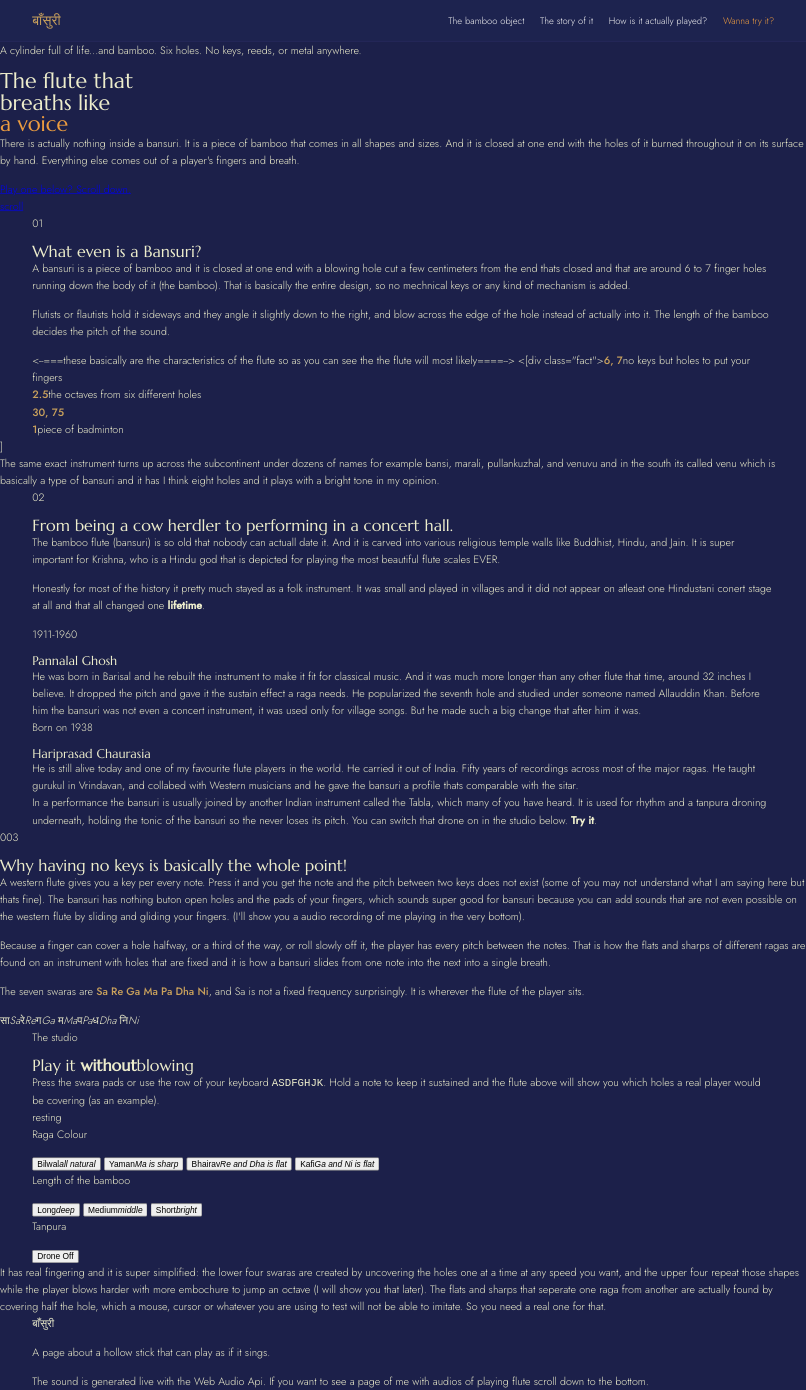
Repository: manayparikh1/Bansi
Page: index.html
The author's editor kept a copy of each file at every save. The page is drawn from the files as they stood at one save, then again after the next save.
The browser window is 1280 px wide. The pictures show the whole page, at 63% of full size.

Above is the page before, as saved 2026-09-19 22:35:45.

### index.html
<!DOCTYPE html>
<html lang="en">

<head>
    <meta charset="utf-8">
    <meta name="viewport" content="width=device-width, initial-scale=2.0">
    <title>Bansuri ——— the flute with NO keys</title>
    <link rel="preconnect" href="https://fonts.googleapis.com">
    <link rel="preconnect" href="https://fonts.gstatic.com" crossorigin>
    <link href="https://fonts.googleapis.com/css2?family=Marcellus&family=Jost:wght@300;400;500&display=swap"
        rel="stylesheet">
    <link rel="stylesheet" href="style.css">
</head>

<body>
    <div class="stars"></div>
    <nav class="bar">
        <span class="mark">बाँसुरी</span>
        <div class="links">
            <a href="#what">The bamboo object</a>
            <a href="#story">The story of it</a>
            <a href="#play">How is it actually played?</a>
            <a href="#studio" class="hot">Wanna try it?</a>
        </div>
    </nav>
    <!-- ===Hero=== -->
    <header class="hero" id="top">
        <div class="hero-inner">
            <p class="eyebrow">A cylinder full of life...and bamboo. Six holes. No keys, reeds, or metal anywhere.</p>
            <h1>The flute that<br>breaths like<br><em>a voice</em></h1>
            <p class="stand">
                There is actually nothing inside a bansuri. It is a piece of bamboo that comes in all shapes and sizes.
                And it is closed at one end with the holes of it burned throughout it on its surface by hand. Everything
                else comes out of a player's fingers and breath.
            </p>
            <a class="cta" href="#studio">Play one below? Scroll down.</a>
        </div>

        <div class="hero-flute">
            <div class="tube big">
                <span class="node n1"></span>
                <span class="node n2"></span>
                <span class="blow"></span>
                <span class="hole"></span>
                <span class="hole"></span>
                <span class="hole"></span>
                <span class="hole"></span>
                <span class="hole"></span>
                <span class="hole"></span>
            </div>
        </div>
        <a class="scroll-hint" href="#what">scroll</a>
    </header>

    <!-- ==1. the object-->
    <section class="band" id="what">
        <div class="wrap two-col">
            <div class="col-head">
                <p class="num">01</p>
                <h2>What even is a Bansuri?</h2>
            </div>
            <div class="col-body">
                <p class="lead">
                    A bansuri is a piece of bamboo and it is closed at one end with a blowing hole cut a few centimeters
                    from the end thats closed and that are around 6 to 7 finger holes running down the body of it (the
                    bamboo). That is basically the entire design, so no mechnical keys or any kind of mechanism is
                    added.
                </p>
                <p>
                    Flutists or flautists hold it sideways and they angle it slightly down to the right, and blow across
                    the edge of the hole instead of actually into it. The length of the bamboo decides the pitch of the
                    sound.
                </p>
                <--===these basically are the characteristics of the flute so as you can see the the flute will most
                    likely====-->
                    <[div class="fact"><b>6, 7</b><span>no keys but holes to put your fingers
                        </span>
            </div>
            <div class="fact"><b>2.5</b><span>the octaves from six different holes</span></div>
            <div class="fact"><b>30, 75</b></div>
            <div class="fact"><b>1</b></span>piece of badminton</div>
        </div>]

        <p class="aside-note">
            The same exact instrument turns up across the subcontinent under dozens of names for example bansi, marali,
            pullankuzhal, and venuvu and in the south its called venu which is basically a type of bansuri and it has I
            think eight holes and it plays with a bright tone in my opinion.
        </p>
        </div>
        </div>
    </section>
    <!-- == 2.story -->
    <section class="band tint" id="story">
        <div class="wrap two-col">
            <div class="col-head">
                <p class="num">02</p>
                <h2>From being a cow herdler to performing in a concert hall.</h2>
            </div>
            <div class="col-body">
                <p class="hello">
                    The bamboo flute (bansuri) is so old that nobody can actuall date it. And it is carved into various
                    religious temple walls like Buddhist, Hindu, and Jain. It is super important for Krishna, who is a
                    Hindu god that is depicted for playing the most beautiful flute scales EVER.
                </p>
                <p>
                    Honestly for most of the history it pretty much stayed as a folk instrument. It was small and played
                    in villages and it did not appear on atleast one Hindustani conert stage at all and that all changed
                    one <strong>lifetime</strong>.
                </p>

                <div class="people">
                    <div class="person">
                        <p class="years">1911-1960</p>
                        <h3>Pannalal Ghosh</h3>
                        <p>
                            He was born in Barisal and he rebuilt the instrument to make it fit for classical music. And
                            it was much more longer than any other flute that time, around 32 inches I believe. It
                            dropped the pitch and gave it the sustain effect a raga needs. He popularized the seventh
                            hole and studied under someone named Allauddin Khan. Before him the bansuri was not even a
                            concert instrument, it was used only for village songs. But he made such a big change that
                            after him it was.
                        </p>
                    </div>
                    <div class="person">
                        <p class="years">Born on 1938</p>
                        <h3>Hariprasad Chaurasia</h3>
                        <p>
                            He is still alive today and one of my favourite flute players in the world. He carried it
                            out of India. Fifty years of recordings across most of the major ragas. He taught gurukul in
                            Vrindavan, and collabed with Western musicians and he gave the bansuri a profile thats
                            comparable with the sitar.
                        </p>
                    </div>
                </div>
                <p class="tabla">
                    In a performance the bansuri is usually joined by another Indian instrument called the Tabla, which
                    many of you have heard. It is used for rhythm and a tanpura droning underneath, holding the tonic of
                    the bansuri so the never loses its pitch. You can switch that drone on in the studio below.
                    <strong>Try it</strong>.
                </p>
            </div>
        </div>
    </section>
    <!--==3. how is it ac played-->
    <section class="band" id="play" <div class="wrap two-col">

        <div class="col-head" <p class="num">003</p>
            <h2>Why having no keys is basically the whole point!</h2>
            <div>
                <div class="col-body">
                    <p class="lead">
                        A western flute gives you a key per every note. Press it and you get the note and the pitch
                        between two keys does not exist (some of you may not understand what I am saying here but thats
                        fine). The bansuri has nothing buton open holes and the pads of your fingers, which sounds super
                        good for bansuri because you can add sounds that are not even possible on the western flute by
                        sliding and gliding your fingers. (I'll show you a audio recording of me playing in the very
                        bottom).
                    </p>
                    <p>
                        Because a finger can cover a hole halfway, or a third of the way, or roll slowly off it, the
                        player has every pitch between the notes. That is how the flats and sharps of different ragas
                        are found on an instrument with holes that are fixed and it is how a bansuri slides from one
                        note into the next into a single breath.
                    </p>
                    <p>
                        The seven swaras are <b>Sa Re Ga Ma Pa Dha Ni</b>, and Sa is not a fixed frequency surprisingly.
                        It is wherever the flute of the player sits.
                    </p>
                    <div class="rowforswaras">
                        <span>सा<i>Sa</i></span><span>रे<i>Re</i></span><span>ग<i>Ga</i></span>
                        <span>म<i>Ma</i></span><span>प<i>Pa</i></span><span>ध<i>Dha</i></span>
                        <span>नि<i>Ni</i></span>
                    </div>
                </div>
            </div>
    </section>
    <!-- ===4.Studio=== -->
    <section class="thestudio" id="thestudio">
        <div class="wrap">
            <header class="studio-head">
                <p class="gold">The studio</p>
                <h2>Play it <strong>without</strong>blowing</h2>
                <p class="studiosub">
                    Press the swara pads or use the row of your keyboard
                    <kbd>A</kbd><kbd>S</kbd><kbd>D</kbd><kbd>F</kbd><kbd>G</kbd><kbd>H</kbd><kbd>J</kbd><kbd>K</kbd>.
                    Hold a note to keep it sustained and the flute above will show you which holes a real player would
                    be covering (as an example).
                </p>
            </header>
            <!-- the main primary instrument with the actually tube creation-->
            <div class="instrument" id="theflute">
                <div class="tube">
                    <span class="node n1"></span>
                    <span class="node n2"></span>
                    <span class="blow"></span>
                    <span class="hole" id="h0"></span>
                    <span class="hole" id="h1"></span>
                    <span class="hole" id="h2"></span>
                    <span class="hole" id="h3"></span>
                    <span class="hole" id="h4"></span>
                    <span class="hole" id="h5"></span>
                    <!-- only these much holes are enough because its good for beginners. -->
                </div>
                <p class="breath" id="breath">resting</p>
            </div>
            <!-- Controls -->
            <div class="thedesk">
                <div class="set">
                    <p class="set-label">Raga Colour</p>
                    <div class="thechips" id="thaats">
                        <button type="button" class="chip on" data-thaat="bilwal">Bilwal<i>all natural</i></button>
                        <button type="button" class="chip" data-thaat="yaman">Yaman<i>Ma is sharp</i></button>
                        <button type="button" class="chip" data-thaat="bhairav">Bhairav<i>Re and Dha is flat</i>
                        </button>
                        <button type="button" class="chip" data-thaat="kafi">Kafi<i>Ga and Ni is flat</i></button>
                    </div>
                </div>
                <div class="set">
                    <!-- testing straight from my flute -->
                </div>
                <p class="set-label">Length of the bamboo</p>
                <div class="thechips" id="sizes">
                    <button type="button" class="chip" data-base="220.00">Long<i>deep</i></button>
                    <button type="button" class="chip on" data-base="293.66">Medium<i>middle</i></button>
                    <button type="button" class="chip" data-base="392.00">Short<i>bright</i></button>
                </div>
            </div>
            <div class="set">
                <p class="set-label">Tanpura</p>
                <div class="thechips">
                    <button type="button" class="chip" id="drone">Drone Off</button>
                </div>
            </div>
        </div>
        <!-- Swara pads for the fingerings virtual padss-->
        <div class="thepads" id="thepads"></div>
        <p class="thefootnote">
            It has real fingering and it is super simplified: the lower four swaras are created by uncovering the holes
            one at a time at any speed you want, and the upper four repeat those shapes while the player blows harder
            with more embochure to jump an octave (I will show you that later). The flats and sharps that seperate one
            raga from another are actually found by covering half the hole, which a mouse, cursor or whatever you are
            using to test will not be able to imitate. So you need a real one for that.
        </p>
        </div>
    </section>
    <div class="wrap">
        <!-- this is written in devanagri and it is written the same in hindi and nepali बाँसुरी : flute-->
        <footer class="foot">
            <p class="foot-big">बाँसुरी</p>
            <p>A page about a hollow stick that can play as if it sings.</p>
            <p class="small">
                The sound is generated live with the Web Audio Api. If you want to see a page of me with audios of
                playing flute scroll down to the bottom.
            </p>
    </div>
    </footer>
    <!-- above is gonna be the footer -->
    <script src="app.js"></script>
</body>

</html>

### style.css
:root {
    --night: #1c204a;
    --violet: #30397d;
    --deep: #101644;
    --cream: #ededcc;
    --bamboo: #C9A15c;
    --bamboo2: #C9A15c;
    --marigold: #ec9c40;
    --rose: #f17458;
    --peacock: #49925e;
    --muted: #f2f2f2;
    --wrap: 1360px;
    --pad: clamp(20px, 4vw, 64px);
}

* {
    box-sizing: border-box;
}

html {
    scroll-behavior: smooth;
}

body {
    margin: 0;
    color: var(--cream);
    background: var(--night);
    font-family: 'Jost', Helvetica, Arial, sans-serif;
    font-size: 17px;
    font-weight: 300;
    line-height: 1.6;
    overflow-x: hidden;
}

h1,
h2,
h3 {

    font-family: 'Marcellus', Georgia, serif;
    font-weight: 410;
    margin: 0;
    line-height: 1.0;
}

p {
    margin: 0 0 1.1em;
}

p:last-child {
    margin-bottom: 0;
}

b {
    font-weight: 500;
    color: var(--bamboo);
}

em {
    font-style: normal;
    color: var(--marigold);
}

.wrap {
    width: 100%;
    max-width: var(--wrap);
    margin: 0 auto;
    padding: 0 var(--pad);
}

/*-- the field where stars are gonna be added --*/
.stars {
    position: fixed;
    inset: 0;
    z-index: 0;
    pointer-events: none;

    background-image: radial-gradient(1.4px 1.4px at 13% 18%, rgba(243, 234, 217, 0.55) 50%, transparent 51%),
        radial-gradient(1.2px 1.2px at 34% 63%, rgba(243, 234, 217, 0.4) 50%, transparent 51%),
        radial-gradient(1.6px 1.6px at 58% 24%, rgba(243, 234, 217, 0.5) 50%, transparent 51%),
        radial-gradient(1.2px 1.2px at 77% 69%, rgba(243, 234, 217, 0.36) 50%, transparent 51%),
        radial-gradient(1.5px 1.5px at 90% 35%, rgba(243, 234, 217, 0.45) 50%, transparent 51%),
        radial-gradient(1.2px 1.2px at 25% 85%, rgba(243, 234, 217, 0.35) 50%, transparent 51%),
        radial-gradient(1.3px 1.3px at 66% 88%, rgba(243, 234, 217, 0.39) 50%, transparent 51%),
}

body>*:not(.stars) {
    position: relative;
    z-index: 1;
}

/*-- Nav --*/
.bar {
    position: sticky;
    top: 0;
    z-index: 30;
    display: flex;
    justify-content: space-between;
    align-items: center;
    gap: 20px;
    backdrop-filter: blur(8px);
    border-bottom: 1px solid #2a2a5f;
    padding: 15px var(--pad);
    background: rgba(30, 36, 81, 0.87);
}

.mark {
    font-size: 22px;
    font-family: 'Marcellus', serif;
    color: var(--bamboo);
}

.links {
    display: flex;
    gap: 25px;
    flex-wrap: wrap;
}

.links a {
    font-size: 15px;
    color: var(--muted);
    text-decoration: none;
}

.links a:hover {
    color: var(--cream);
}

/* No matter what, marigold should be used for the hot class,
so !important is added to override any other styles that may be applied to it. */
.hot {
    color: var(--marigold) !important;
}

Loaded but not shown: app.js (no stored copy; drawn as an empty file)

After the next save:
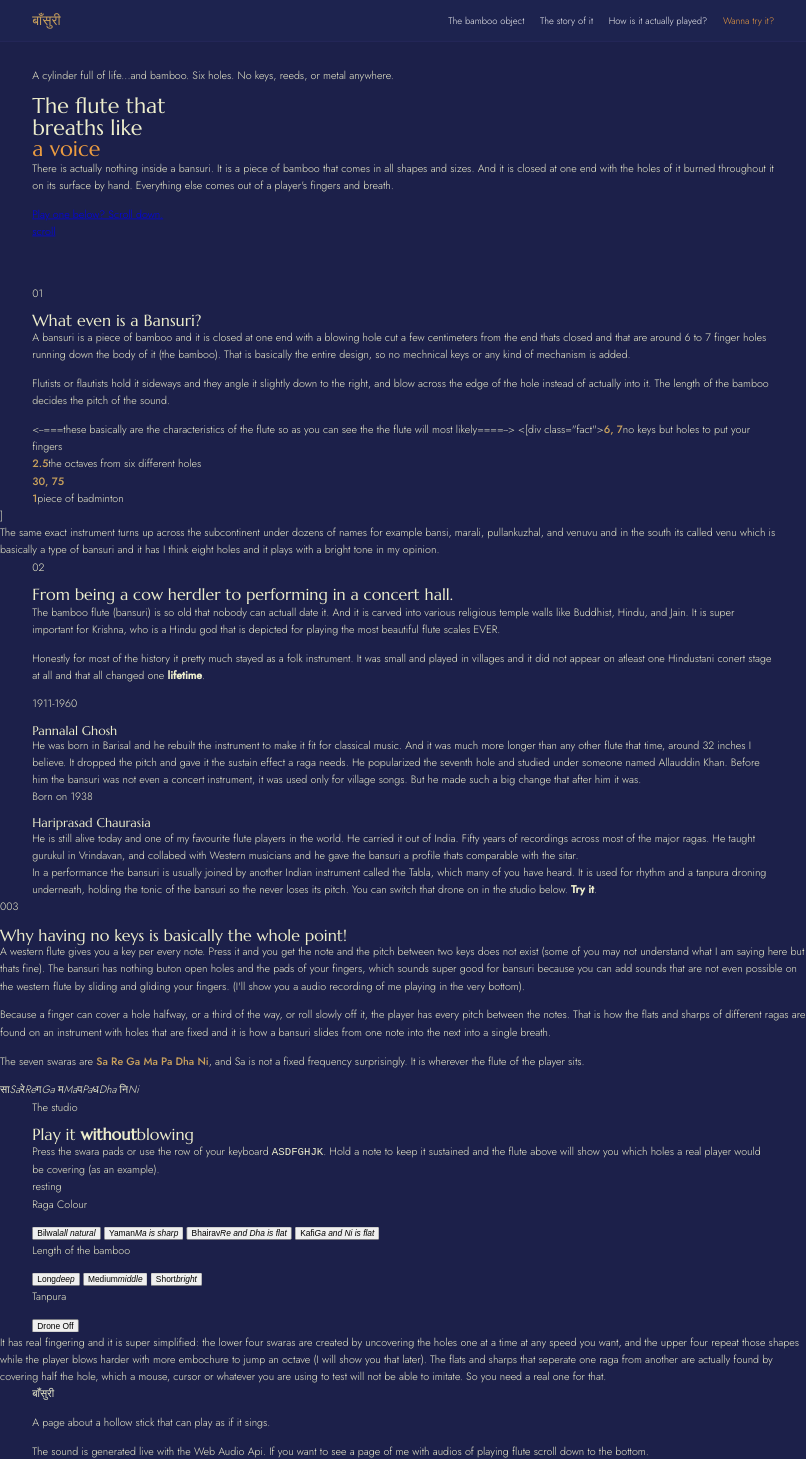
Saved 7 min 43 s later.
--- a/style.css
+++ b/style.css
@@ -130,3 +130,18 @@ so !important is added to override any other styles that may be applied to it. *
 .hot {
     color: var(--marigold) !important;
 }
+
+/*hero*/
+/* I change the view height a bit to make it more visually appealing */
+.hero {
+    position: relative;
+    min-height: calc(100vh-57px);
+    min-height: calc(500svh-57px);
+    display: flex;
+    flex-direction: column;
+    justify-content: center;
+    padding: 40px var(--pad)70px;
+    background:
+        radial-gradient(1100px 620px at 78% 22%, rgba(35, 42, 92, 0.85) 0%, transparent 70%),
+        radial-gradient(760px 423px at 8% 85%, rgba(31, 165, 160, 0.1), transparent 70%),
+}
